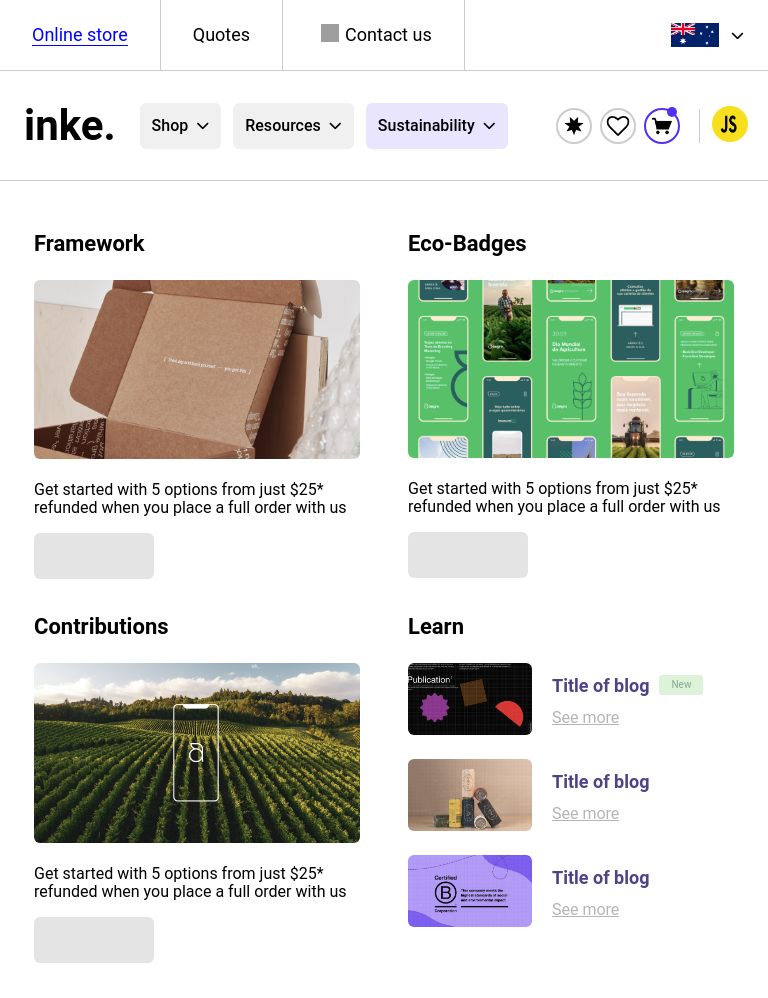
Repository: NguyenMinhKhanhB1909929/Practice_HTML-01
Page: index.html
These files come from the project's save history. The page is drawn as it stood at one moment and after the next save; the edit follows.
The browser window is 768 px wide. The pictures show the whole page.
Pictures or frames that could not be fetched are drawn as grey boxes. Some web libraries are served in a nearby version.

Above is the page before, as saved 2022-04-07 19:29:08.

### index.html
<!DOCTYPE html>
<html lang="en">
  <head>
    <meta charset="UTF-8" />
    <meta http-equiv="X-UA-Compatible" content="IE=edge" />
    <meta name="viewport" content="width=device-width, initial-scale=1.0" />
    <title>Practice 1</title>
    <link rel="stylesheet" href="./asset/style/style.css" />
    <link
      rel="stylesheet"
      href="https://cdnjs.cloudflare.com/ajax/libs/font-awesome/6.1.1/css/all.min.css"
    />
  </head>
  <body>
    <div class="main">
      <div class="header">
        <div class="header__about">
          <div class="header__about-text">
            <a href="" class="active">Online store</a>
          </div>
          <div class="header__about-text">
            <a href="">Quotes</a>
          </div>
          <div class="header__about-text">
            <img
              src="https://emojipedia-us.s3.dualstack.us-west-1.amazonaws.com/thumbs/120/google/313/waving-hand_1f44b.png"
              alt=""
              class="header__about-text__img"
            />
            <p class="m-0">
              <a href="">Contact us</a>
            </p>
          </div>
        </div>
        <div class="header__nation">
          <div class="header__nation-wrap">
            <div class="header__nation-flag">
              <img
                src="./asset/img/Australia.svg.webp"
                alt="abc"
                class="header__nation-flag-img"
              />
            </div>
            <div class="header__nation-name">
              <p class="m-0">Australia</p>
            </div>
            <div class="header__nation-icon">
              <i class="fa-solid fa-chevron-down"></i>
            </div>
          </div>
        </div>
      </div>
      <nav class="nav">
        <div class="nav__category">
          <div class="nav__logo">
            <a href="" class="nav__logo-link">inke.</a>
          </div>

          <div class="nav__category-opt">
            <p class="nav__category-opt-name">Shop</p>
            <div class="nav__category-opt-icon">
              <i class="fa-solid fa-chevron-down"></i>
            </div>
          </div>

          <div class="nav__category-opt">
            <p class="nav__category-opt-name">Resources</p>
            <div class="nav__category-opt-icon">
              <i class="fa-solid fa-chevron-down"></i>
            </div>
          </div>
          <div class="nav__category-opt active-btn">
            <p class="nav__category-opt-name">Sustainability</p>
            <div class="nav__category-opt-icon">
              <i class="fa-solid fa-chevron-down"></i>
            </div>
          </div>
        </div>
        <div class="nav__wrap">
          <div class="nav__icon-wrap">
            <div class="nav__icon">
              <img
                src="./asset/img/seven-pointed-star-vector-icon-seven-pointed-star-icon-vector-seven-pointed-star-icon-seven-pointed-star-vector-icon-96183751.jpg"
                alt=""
                class="nav__icon-img"
              />
            </div>
            <div class="nav__icon">
              <img
                src="./asset/img/heart-icon-free-vector.jpg"
                alt=""
                class="nav__icon-img"
              />
            </div>
            <div class="nav__icon active-icon">
              <img
                src="./asset/img/cart-icon-20.jpg"
                alt=""
                class="nav__icon-img"
              />
            </div>
          </div>
          <div class="nav__dash-wrap">
            <div class="nav__das-group">
              <p class="m-0 nav__das-text">Dashboard</p>
              <div class="nav__dash-icon">
                <i class="fa-solid fa-chevron-down"></i>
              </div>
            </div>
            <div class="nav__dash-user">
              <img
                src="./asset/img/images.png"
                alt=""
                class="nav__dash-user-img"
              />
            </div>
          </div>
        </div>
      </nav>
      <div class="container">
        <div class="row">
          <div class="col">
            <div class="container__heading">
              <p class="m-0 container__heading-name">Framework</p>
            </div>
            <div class="container__content">
              <img
                src="./asset/img/image 1.PNG"
                alt=""
                class="container__content-img"
              />
              <p class="container__content-desc">
                Get started with 5 options from just $25* refunded when you
                place a full order with us
              </p>
            </div>
            <button class="btn"></button>
          </div>
          <div class="col">
            <div class="container__heading">
              <p class="m-0 container__heading-name">Eco-Badges</p>
            </div>
            <div class="container__content">
              <img
                src="./asset/img/image2.PNG"
                alt=""
                class="container__content-img"
              />
              <p class="container__content-desc">
                Get started with 5 options from just $25* refunded when you
                place a full order with us
              </p>
            </div>
            <button class="btn"></button>
          </div>
          <div class="col">
            <div class="container__heading">
              <p class="m-0 container__heading-name">Contributions</p>
            </div>
            <div class="container__content">
              <img
                src="./asset/img/image3.PNG"
                alt=""
                class="container__content-img"
              />
              <p class="container__content-desc">
                Get started with 5 options from just $25* refunded when you
                place a full order with us
              </p>
            </div>
            <button class="btn"></button>
          </div>
          <div class="col">
            <div class="container__heading">
              <p class="m-0 container__heading-name">Learn</p>
            </div>
            <div class="container__content">
              <div class="container__content-group">
                <div class="container__content-group-img">
                  <img
                    src="./asset/img/image4.PNG"
                    alt=""
                    class="content-img"
                  />
                </div>
                <div class="container__content-group-title-more">
                  <div class="container__content-title-group">
                    <p class="container__content-title">Title of blog</p>
                    <a class="container__content-title-btn">New</a>
                  </div>
                  <a href="" class="container__content-more">See more</a>
                </div>
              </div>
              <div class="container__content-group">
                <div class="container__content-group-img">
                  <img
                    src="./asset/img/image6.PNG"
                    alt=""
                    class="content-img"
                  />
                </div>
                <div class="container__content-group-title-more">
                  <p class="container__content-title">Title of blog</p>
                  <a href="" class="container__content-more">See more</a>
                </div>
              </div>
              <div class="container__content-group">
                <div class="container__content-group-img">
                  <img
                    src="./asset/img/image7.PNG"
                    alt=""
                    class="content-img"
                  />
                </div>
                <div class="container__content-group-title-more">
                  <p class="container__content-title">Title of blog</p>
                  <a href="" class="container__content-more">See more</a>
                </div>
              </div>
            </div>
          </div>
        </div>
      </div>
    </div>
  </body>
</html>

### asset/style/style.css
* {
  box-sizing: border-box;
  margin: 0;
  font-family: "Roboto", sans-serif;
}
.m-0 {
  margin: 0;
}
.main {
  width: 100%;
}
.header {
  padding: 0 30px;
  display: flex;
  font-size: 18px;
  justify-content: space-between;
  border-bottom: 1px solid #ccc;
}
.header__about {
  display: flex;
}
.header__about-text {
  padding: 24px 32px;
  display: flex;
  border-right: 1px solid #ccc;
}
.header__about-text:hover a {
  color: blue;
  cursor: pointer;
}
.header__about-text__img {
  width: 18px;
  height: 18px;
  display: flex;
  align-items: center;
  margin: 0 6px;
}
.header__nation {
  display: flex;
  align-items: center;
}
.header__nation-wrap {
  display: flex;
}
.header__nation-flag {
  display: flex;
  align-items: center;
}
.header__nation-flag-img {
  width: 40px;
}
.header__nation-name {
  padding: 24px 8px;
}
.header__nation-icon {
  display: flex;
  align-items: center;
  margin: 0 32px 0 4px;
  font-size: 13px;
}
.active {
  color: blue;
  border-bottom: 1px solid blue;
}
a {
  text-decoration: none;
  color: #000;
}

.nav {
  padding: 30px 62px;
  display: flex;
  font-size: 18px;
  justify-content: space-between;
  align-items: center;
  border-bottom: 1px solid #ccc;
}
.nav__category {
  display: flex;
  align-items: center;
}
.nav__logo {
  padding: 0 24px;
}
.nav__logo-link {
  font-size: 42px;
  font-weight: bold;
}
.nav__wrap {
  display: flex;
  align-items: center;
}
.nav__icon-wrap {
  display: flex;
  padding-right: 20px;
  position: relative;
  align-items: center;
  position: relative;
}

.nav__icon {
  width: 36px;
  height: 36px;
  border-radius: 100rem;
  border: 2px solid #ccc;
  display: flex;
  justify-content: center;
  align-items: center;
  margin-right: 8px;
}
.active-icon {
  border: 2px solid #552ef5;
  position: relative;
}
.active-icon::after {
  content: "";
  display: block;
  width: 10px;
  height: 10px;
  background-color: #552ef5;
  position: absolute;
  border-radius: 100rem;
  top: -3px;
  right: 1px;
}
.nav__icon-wrap::after {
  content: "";
  position: absolute;
  display: block;
  height: 34px;
  width: 1px;
  background-color: #ccc;
  right: 0;
  top: 50%;
  transform: translateY(-50%);
}
.nav__dash-wrap {
  display: flex;
  align-items: center;
}
.nav__das-text {
  margin-left: 28px;
}
.nav__dash-icon {
  font-size: 13px;
  margin: 0 12px;
}

.nav__category-opt {
  width: 140px;
  height: 40px;
  border-radius: 6px;
  border: none;
  background-color: #f0f0f0;
  margin-left: 12px;
  padding: 0 12px;
  display: flex;
  align-items: center;
  justify-content: space-between;
  font-size: 16px;
  font-weight: 500;
}
.nav__category-opt:hover {
  background-color: #eae5ff;
}
.nav__category-opt-icon {
  font-size: 13px;
  font-weight: bold;
}
.nav__dash-user {
  margin-left: 8px;
}
.nav__dash-user-img {
  width: 36px;
  border-radius: 100rem;
  height: 36px;
}
.nav__icon-img {
  width: 28px;
  height: 28px;
  border-radius: 100rem;
}
.active-btn {
  background-color: #eae5ff;
}
.container {
  margin: 0 120px;
  padding: 50px 0 0 0;
}
.row {
  display: flex;
}
.col {
  width: 25%;
  padding: 0 12px;
}
.container__heading {
}

.container__heading-name {
  font-size: 22px;
  font-weight: 600;
}
.container__content {
  margin-top: 24px;
}
.container__content-img {
  width: 100%;
  border-radius: 6px;
  margin-bottom: 18px;
}
.container__content-desc {
  font-size: 13px;
  line-height: 18px;
}
.btn {
  height: 34px;
  width: 96px;
  background-color: #e4e4e4;
  border: none;
  border-radius: 6px;
  margin-top: 24px;
}
.container__content-group {
  display: flex;
  margin-bottom: 20px;
}
.container__content-group-img {
  margin-right: 20px;
}
.content-img {
  height: 72px;
  width: 124px;
  border-radius: 6px;
}
.container__content-group-title-more {
  display: flex;
  flex-direction: column;
  justify-content: space-evenly;
}
.container__content-title-group {
  display: flex;
}
.container__content-title {
  font-size: 18px;
  font-weight: 600;
  color: #4d4488;
  margin-right: 10px;
}
.container__content-title-btn {
  font-size: 10px;
  background-color: #ddf3d9;
  width: 44px;
  height: 20px;
  border-radius: 3px;
  text-align: center;
  line-height: 20px;
  color: #84aa90;
}
.container__content-more {
  font-size: 16px;
  color: #b5b5b5;
  text-decoration: underline;
}
.nav__das-group {
  display: flex;
  align-items: center;
}

/* ---------------------Responsive------------------- */
/* PC */
@media screen and (min-width: 64em) {
  * {
    color: blue;
  }
}
/* Tablet */
@media screen and (min-width: 46.25em) and (max-width: 63.9375em) {
  /* Header */
  .header {
    padding: 0 0;
  }
  .header__nation-name {
    display: none;
  }
  .header__nation-icon {
    margin-left: 12px;
    margin-right: 24px;
  }
  .header__nation-flag-img {
    width: 48px;
  }
  /* Nav */
  .nav {
    padding-left: 0;
    padding-right: 0;
  }
  .nav__das-group {
    display: none;
  }
  .nav__category-opt {
    width: auto;
    height: 46px;
  }
  .nav__category-opt-name {
    margin-right: 8px;
  }
  .nav__dash-user {
    margin-left: 12px;
    margin-right: 20px;
  }
  .nav__icon-wrap {
    padding-right: 12px;
  }
  .nav__logo {
    padding-right: 12px;
  }
  /* Container */
  .container {
    margin: 0 10px;
  }
  .row {
    flex-wrap: wrap;
  }
  .col {
    width: 50%;
    margin-bottom: 32px;
    padding: 0 24px;
  }
  .btn {
    height: 46px;
    width: 120px;
    margin-top: 16px;
  }
  .container__content-desc {
    font-size: 16px;
    line-height: 18px;
  }
}

/* Mobile */
@media screen and (max-width: 46.1875em) {
  * {
    color: red;
  }
}

After the next save:
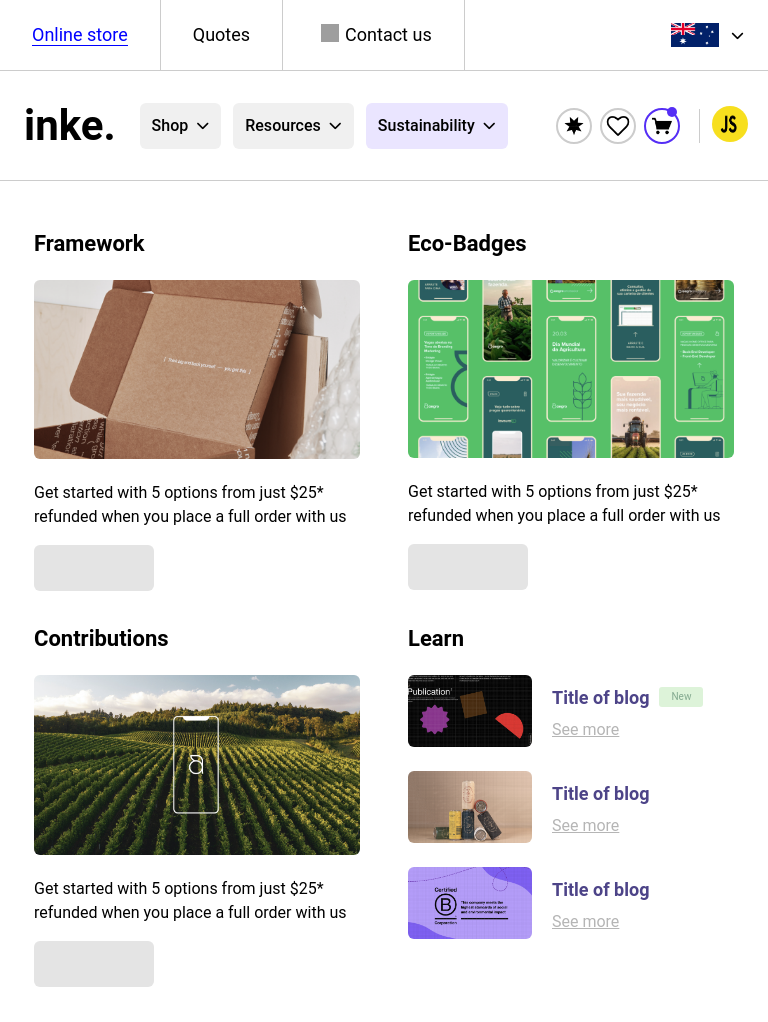
Saved 8 s later.
--- a/asset/style/style.css
+++ b/asset/style/style.css
@@ -334,7 +334,7 @@ a {
   }
   .container__content-desc {
     font-size: 16px;
-    line-height: 18px;
+    line-height: 24px;
   }
 }
 
